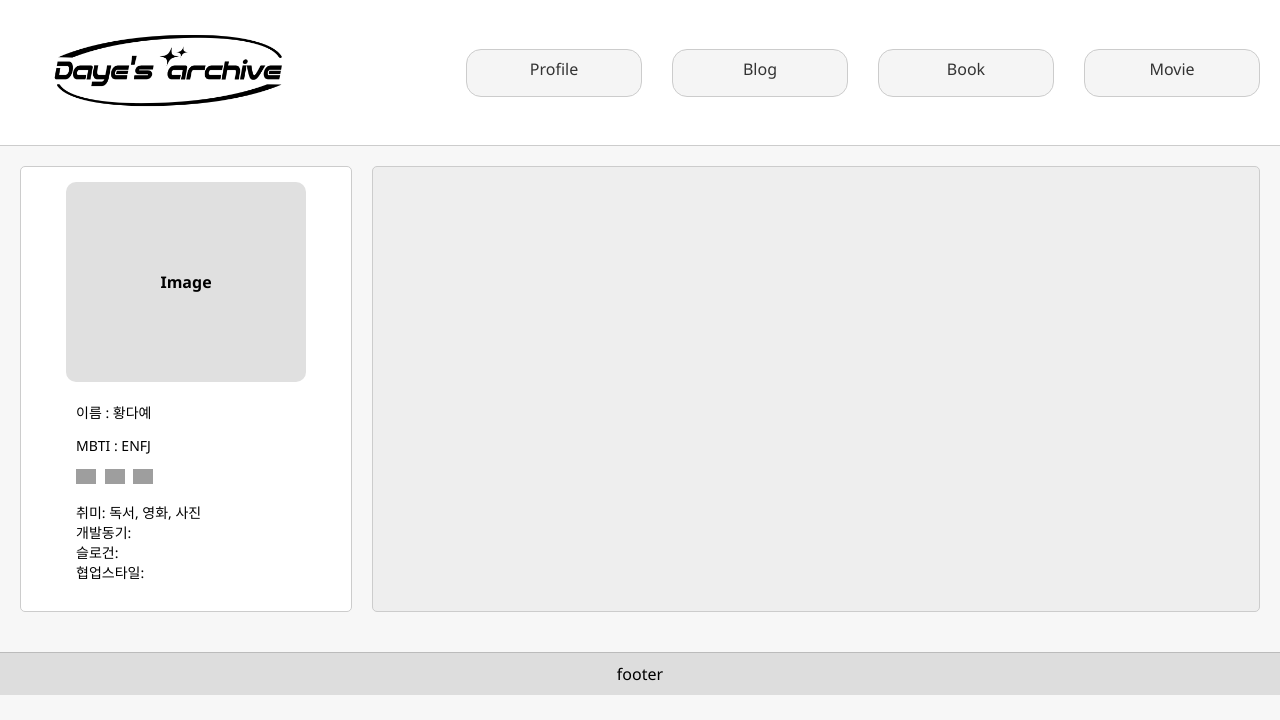
Repository: HWANG-DAYE/spring_project
Page: http://localhost/daye_archive/WEB-INF/views/main.jsp
These files come from the project's save history. The page is drawn as it stood at one moment and after the next save; the edit follows.
The browser window is 1280 px wide. The pictures show the whole page.
Pictures or frames that could not be fetched are drawn as grey boxes. The page is served by Tomcat 9. Nobody is signed in. The template is opened directly, without the code that normally fills it, so the values that code supplies are empty.

Above is the page before, as saved 2025-08-06 06:25:02.

After the next save:
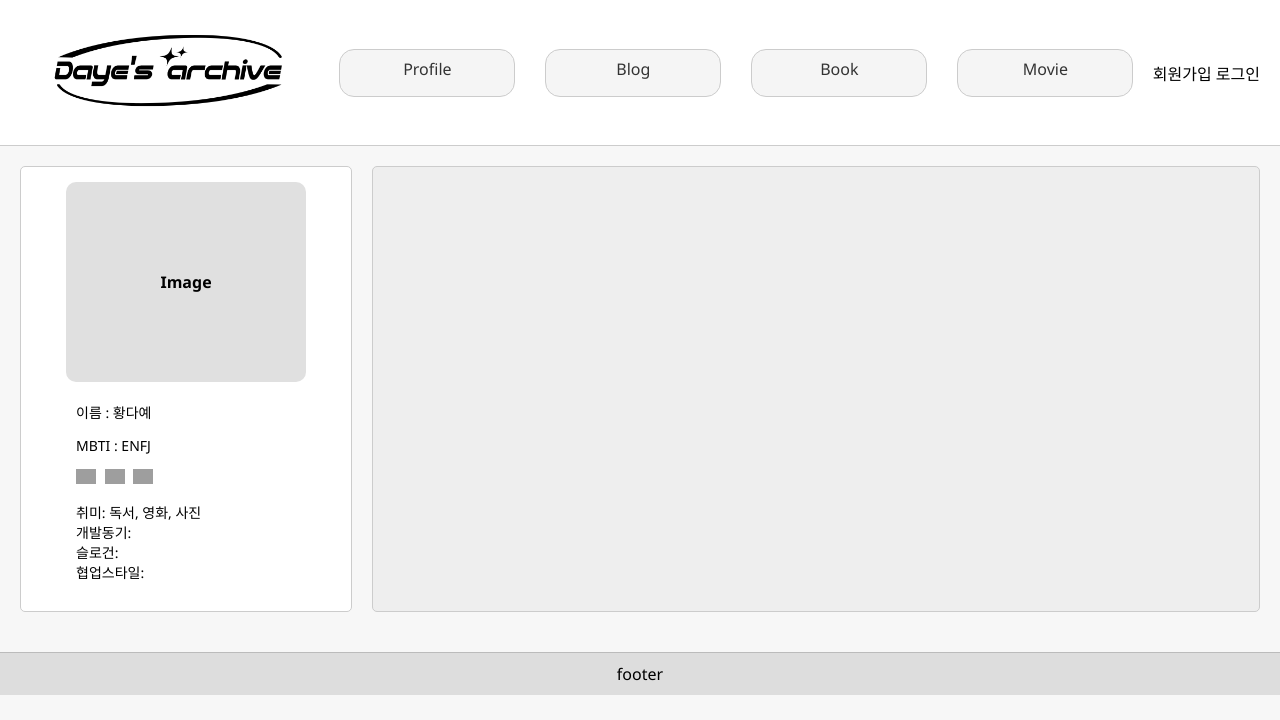
Saved 2 min 17 s later.
--- a/daye_archive/src/main/webapp/WEB-INF/views/navi.jsp
+++ b/daye_archive/src/main/webapp/WEB-INF/views/navi.jsp
@@ -74,6 +74,10 @@ header {
 		<a href="logout.jsp">Movie</a>
 	</nav>
 
+	<div class="sign">
+		<a herf="/">회원가입</a>
+		<a herf="/">로그인</a>
+	</div>
 
 </body>
 </html>
